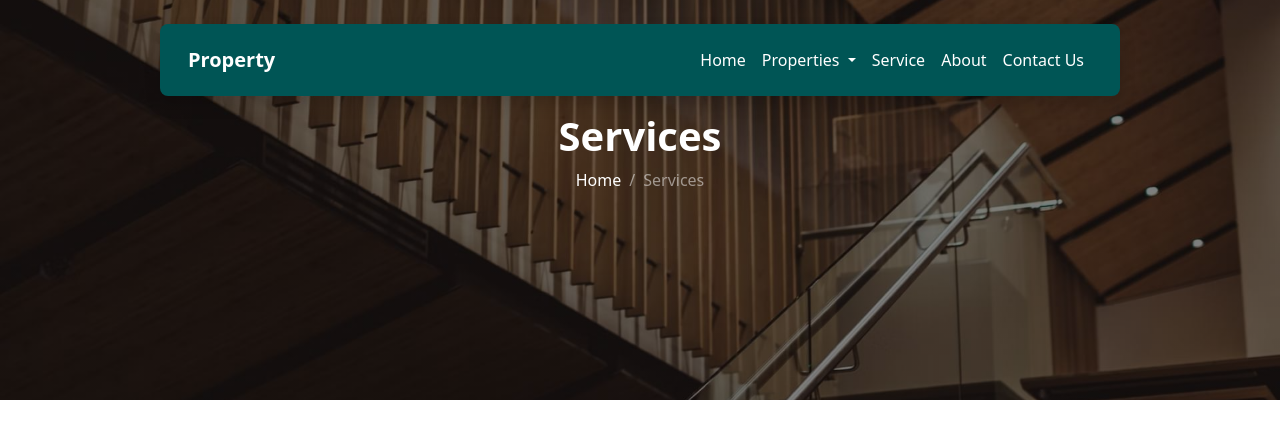
Repository: sameerrrrkhan911-git/Property
Page: about.html
The author's editor kept a copy of each file at every save. The page is drawn from the files as they stood at one save, then again after the next save.
The browser window is 1280 px wide. The pictures show the whole page.
Some web libraries are served in a nearby version.

Above is the page before, as saved 2025-09-28 17:09:49.
Console error: TypeError: Cannot read properties of undefined (reading 'length')

### about.html
<!DOCTYPE html>
<html lang="en">
<head>
    <meta charset="utf-8">
    <meta name="viewport" content="width=device-width, initial-scale=1">
    <title>Property</title>

    <!--====== LINKS ========-->
    <link href="https://cdn.jsdelivr.net/npm/bootstrap@5.3.8/dist/css/bootstrap.min.css" rel="stylesheet">
    <link
        href="https://fonts.googleapis.com/css2?family=Montserrat:wght@400;600&family=Open+Sans:wght@400;600&display=swap"
        rel="stylesheet">
    <link href="https://unpkg.com/aos@2.3.1/dist/aos.css" rel="stylesheet">
    <link href="https://cdn.jsdelivr.net/npm/remixicon@4.5.0/fonts/remixicon.css" rel="stylesheet">
    <link href="https://cdnjs.cloudflare.com/ajax/libs/tiny-slider/2.9.4/tiny-slider.css" rel="stylesheet">
    <link rel="stylesheet" href="assets/css/style2.css">
    <link rel="stylesheet" href="assets/css/style.css">

</head>
<body>

<!--=====HEADER=====-->
    <header>
        <section id="Right-Step">
            <div class="bg-holder overlay overlay-elixir">
            </div>

            <!-- Navbar -->
            <nav
                class="navbar navbar-expand-lg green-color p-3 mt-4 sticky-top position-absolute top-0 start-50 translate-middle-x w-75 rounded-3 shadow">
                <div class="container-fluid">
                    <!-- Brand -->
                    <a class="navbar-brand text-white fw-bold" href="#">Property</a>

                    <!-- Toggler for Mobile -->
                    <button class="navbar-toggler bg-light" type="button">
                        <span class="navbar-toggler-icon"></span>
                    </button>

                    <!-- Navbar Links -->
                    <div class="collapse navbar-collapse" id="navbarNavDropdown">
                        <ul class="navbar-nav ms-auto">
                            <li class="nav-item">
                                <a class="nav-link text-white active" aria-current="page" href="index.html">Home</a>
                            </li>
                            <li class="nav-item dropdown">
                                <a class="nav-link dropdown-toggle text-white" href="#" role="button"
                                    data-bs-toggle="dropdown" aria-expanded="false">
                                    Properties
                                </a>
                                <ul class="dropdown-menu">
                                    <li><a class="dropdown-item" href="#">Action</a></li>
                                    <li><a class="dropdown-item" href="#">Another action</a></li>
                                    <li><a class="dropdown-item" href="#">Something else here</a></li>
                                </ul>
                            </li>
                            <li class="nav-item"><a class="nav-link text-white" href="service.html">Service</a></li>
                            <li class="nav-item"><a class="nav-link text-white" href="about.html">About</a></li>
                            <li class="nav-item"><a class="nav-link text-white" href="contact.html">Contact Us</a></li>
                        </ul>
                    </div>
                </div>
            </nav>

            <!--/.bg-holder-->
            <div class="forbg py-5">
                <div class="container">

                    <div class="row justify-content-center align-items-center">
                        <div class="col-lg-9 text-center mt-5">
                            <h1 class="heading aos-init aos-animate white mt-3 fw-bold" data-aos="fade-up">Services</h1>

                            <nav aria-label="breadcrumb" data-aos="fade-up" data-aos-delay="200"
                                class="aos-init aos-animate">
                                <ol class="breadcrumb text-center justify-content-center">
                                    <li class="breadcrumb-item"><a href="index.html" style="color: white;">Home</a></li>
                                    <li class="ms-2 me-2 text-white-50" aria-current="page">
                                        /
                                    </li>
                                    <li class="breadcrumb-item active text-white-50" aria-current="page">
                                        Services
                                    </li>
                                </ol>
                            </nav>
                        </div>
                    </div>
                </div>
            </div><!-- end of .container-->
        </section>
    </header>

    <!--====MAIN====-->

    <main>

    </main>


    </footer>

  <!-- Bootstrap JS -->
  <script src="https://cdn.jsdelivr.net/npm/bootstrap@5.3.8/dist/js/bootstrap.bundle.min.js"></script>
  <!-- AOS JS -->
  <script src="https://unpkg.com/aos@2.3.1/dist/aos.js"></script>

  <script>
    AOS.init({
      duration: 1000,
      once: true
    });
  </script>

  <script src="https://cdnjs.cloudflare.com/ajax/libs/tiny-slider/2.9.4/min/tiny-slider.js"></script>

  <script>
    var slider = tns({
      container: '.property-slider',
      items: 3,
      slideBy: 1,
      autoplay: false,
      controls: true,
      nav: false,
      gutter: 20,
      controlsContainer: '.slider-controls',
      prevButton: '.prev',
      nextButton: '.next',
      responsive: {
        0: { items: 1 },
        768: { items: 2 },
        1200: { items: 3 }
      }
    });
  </script>


</body>
</html>

### assets/css/style.css
/* ==============================
   Root Variables
=================================*/
:root {
  --green-color: #005555;
   --heading-color: #2a3855;
}

.green-color {
  background-color: var(--green-color);
}

.green{
  color: var(--green-color);
}

.black{
  color: black;
}

.para{
  text-align: left;
}

.heading-color{
  color: var(--heading-color);
}

.z-9 {
  z-index: 9 !important;
}

.white {
  color: white;
}

.green-line{
   height: 2px;
  width: 120px;
 background-color: var(--green-color);
 margin-bottom: 10px;
}

.black-line{
   height: 2px;
  width: 80px;
 background-color: black;
 margin: 10px auto;
}

.white-bg{
  background-color: white;
}

.fs-6{
  font-size: 5px;
}

.marginn{
  margin-bottom: 30px;
}

.a{
  text-decoration: none;
}


.dark-grey{
  background-color: #cccccc;
}

.text-color{
  color: #909ba6;
}
/* ==============================
Header
=================================*/


/* Hero background */
.hero-header {
  background-image: url("../images/hero_bg_3.jpg") !important;
  background-repeat: no-repeat;
  background-position: center center;
  background-size: cover;
  min-height: 100vh;
  position: relative;
  display: flex;
  align-items: center;
}



/* Overlay */
.hero-header::before {
  content: "";
  position: absolute;
  top: 0;
  left: 0;
  width: 100%;
  height: 100%;
  background: rgba(0, 0, 0, 0.5);
  z-index: 0;
}

/* Keep hero text above overlay */
.hero {
  position: relative;
  z-index: 1;
}

/* White text */
.white {
  color: #fff !important;
}

/* Responsive adjustments */
@media (max-width: 768px) {
  nav.navbar {
    width: 90% !important;
    margin-top: 1rem !important;
    padding: 0.75rem 1rem !important;
  }

  .hero h1 {
    font-size: 1.75rem;
    line-height: 1.3;
  }

  .hero form {
    flex-direction: column !important;
    gap: 0.75rem;
  }

  .hero input {
    width: 100% !important;
  }

  .hero button {
    width: 100% !important;
  }
}

@media (max-width: 576px) {
  .hero h1 {
    font-size: 1.5rem;
  }
}

/* Popular properties */

.property-slider {
  overflow: hidden;
}

.property-item {
  background: #fff;
  border-radius: 8px;
  overflow: hidden;
}

.property-content {
  background: #fff;
  border-radius: 8px;
}

/* Features */

.features-1 {
    padding-top: 30px;
    position: relative;
    z-index: 8;
    text-align: center;
    background-color: rgba(0, 32, 74, 0.05);
}

/* ==========================
   Testimonials Section
========================== */

.sec-testimonials .heading {
  font-size: 2rem;
  font-weight: 700;
}

/* Prev/Next buttons */
#testimonial-nav {
  display: flex;
  gap: 10px;
}

#testimonial-nav span {
  cursor: pointer;
  font-size: 14px;
  color: #002855;
  background: #e9ecef;
  padding: 6px 14px;
  border-radius: 20px;
  transition: all 0.3s ease;
}

#testimonial-nav span:hover {
  background: #002855;
  color: #fff;
}

/* Testimonials layout */
.testimonial-slider {
  display: grid;
  grid-template-columns: repeat(auto-fit, minmax(300px, 1fr));
  gap: 40px;
  margin-top: 30px;
  text-align: center;
}

.testimonial {
  padding: 20px;
}

.testimonial img {
  width: 90px;
  height: 90px;
  object-fit: cover;
  margin-bottom: 15px;
  border: 3px solid #ddd;
}

.testimonial .rate {
  margin: 10px 0;
  font-size: 16px;
  color: #f1c40f;
}

.testimonial h3 {
  margin-bottom: 10px;
  font-size: 1.1rem;
  font-weight: 600;
}

.testimonial blockquote {
  font-style: italic;
  font-size: 0.95rem;
  color: #555;
  margin: 10px 0 15px;
}

.greyy{
  background-color: #efefef;
}

.testimonial p.text-muted {
  font-size: 0.85rem;
  color: #888;
}

.img-fluid {
   max-width: 100%;
    height: auto;
}

/* Call To Action */
.footer-cta {
  background: white ;
  padding: 50px;
}

.footer-cta .btn-primary {
  border-radius: 30px;
  font-size: 1.1rem;
  transition: all 0.3s ease;
}

.footer-cta .btn-primary:hover {
  background: #003f3f;
  transform: translateY(-3px);
  box-shadow: 0 6px 15px rgba(0,0,0,0.2);
}

/* Our Agents */
.section_1{
  background-color: #f8f9fa;
}

/* Agent Card */
.person {
  background: #fff;
  border-radius: 12px;
  padding: 60px 20px 30px;
  text-align: center;
  position: relative;
  box-shadow: 0 4px 20px rgba(0,0,0,0.05);
  transition: all 0.3s ease;
}

.person:hover {
  transform: translateY(-8px);
  box-shadow: 0 12px 30px rgba(0,0,0,0.1);
}

/* Profile Image */
.person img {
  width: 100px;
  height: 100px;
  object-fit: cover;
  border-radius: 50%;
  position: absolute;
  top: -50px;
  left: 50%;
  transform: translateX(-50%);
}

/* Text styling */
.person-contents h2 {
  margin-top: 60px;
  font-size: 1.2rem;
  font-weight: 600;
}

.person-contents .meta {
  font-size: 0.9rem;
  color: #6c757d;
  margin-bottom: 15px;
}

.person-contents p {
  font-size: 0.95rem;
  color: #555;
  margin-bottom: 20px;
}

/* Social icons */
.social a {
  display: inline-flex;
  justify-content: center;
  align-items: center;
  width: 40px;
  height: 40px;
  margin: 0 5px;
  border-radius: 50%;
  background: #002855;
  color: #fff;
  transition: all 0.3s ease;
  text-decoration: none;
}

.social a:hover {
  background: #005555;
}

h2 a {
  color: #000;
  text-decoration: none;
}

.roundd{

  border-radius: 50%;
  text-decoration: none;
  padding: 5px;
}

.font-color{
 color: #163060;
}

.forbg {
    height: 400px;
    background: linear-gradient(to bottom, rgba(0, 0, 0, 0.5), rgba(0, 0, 0, 0.5)), url(../images/hero_bg_1.jpg);
    background-size: cover;
    background-position: center;
}

a{
  text-decoration: none;
}

Loaded but not shown: assets/css/style2.css (library)

After the next save:
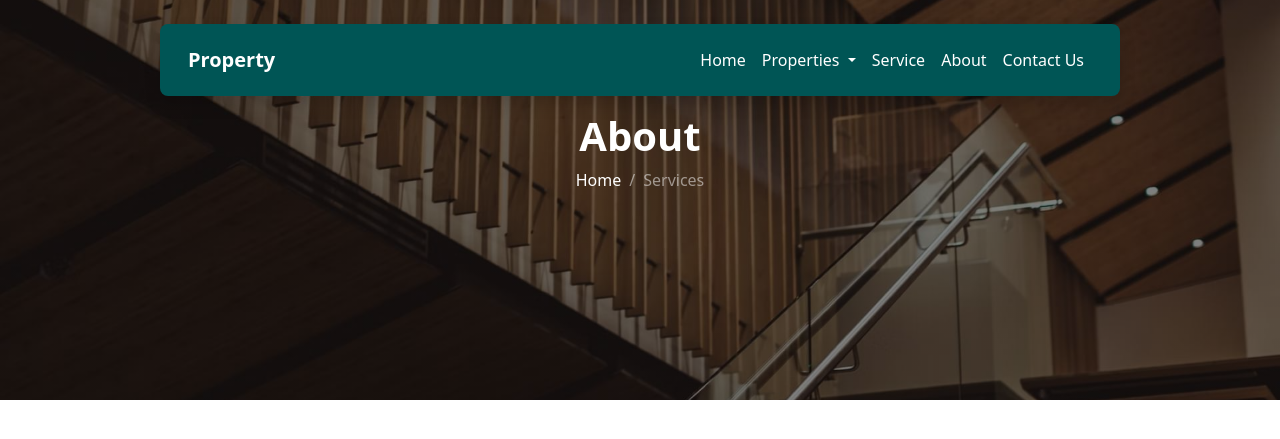
Saved 13 s later.
--- a/about.html
+++ b/about.html
@@ -68,7 +68,7 @@
 
                     <div class="row justify-content-center align-items-center">
                         <div class="col-lg-9 text-center mt-5">
-                            <h1 class="heading aos-init aos-animate white mt-3 fw-bold" data-aos="fade-up">Services</h1>
+                            <h1 class="heading aos-init aos-animate white mt-3 fw-bold" data-aos="fade-up">About</h1>
 
                             <nav aria-label="breadcrumb" data-aos="fade-up" data-aos-delay="200"
                                 class="aos-init aos-animate">
